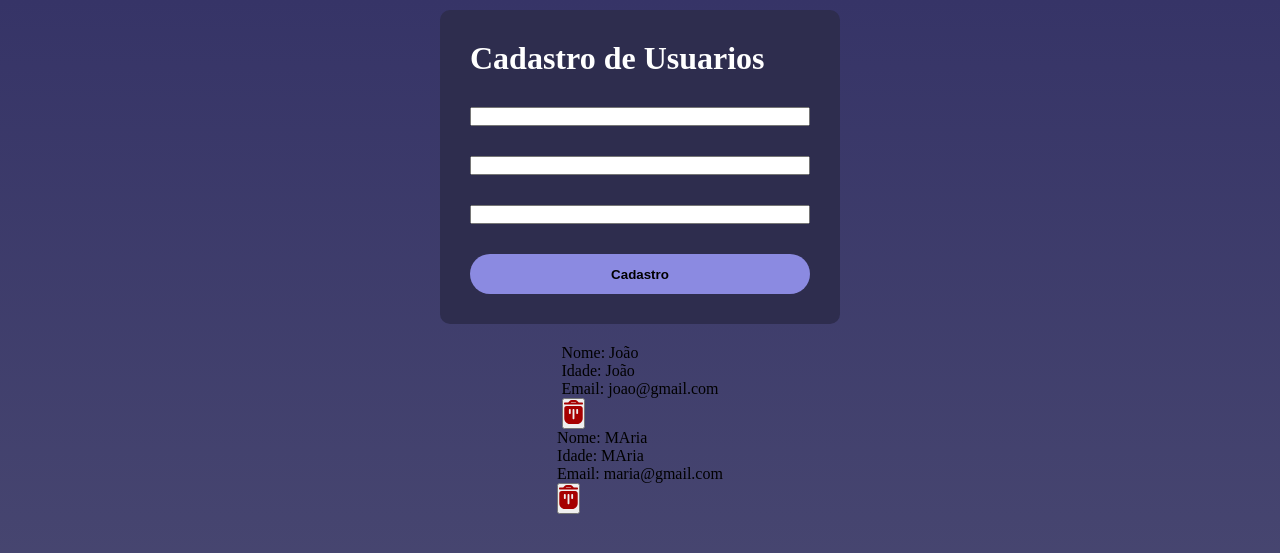
Repository: Rubenslourenco/api-react-node
Page: / (app in devclub-cadastro/)
An editor plug-in stored every save of this project. The page is shown before and after the next save, followed by the edit.
The browser window is 1280 px wide. The pictures show the whole page.
The project was rebuilt for these pictures with package versions that can differ from the ones it lists, and the page was loaded fresh each time. Also part of the build but not shown: devclub-cadastro/vite.config.js.

Above is the page before, as saved 2025-01-27 10:29:21.

### devclub-cadastro/index.html
<!DOCTYPE html>
<html lang="en">
  <head>
    <meta charset="UTF-8" />
    <link rel="icon" type="image/svg+xml" href="/vite.svg" />
    <meta name="viewport" content="width=device-width, initial-scale=1.0" />
    <link rel="preconnect" href="https://fonts.googleapis.com" />
    <link rel="preconnect" href="https://fonts.gstatic.com" crossorigin />
    <link
      href="https://fonts.googleapis.com/css2?family=Poppins:ital,wght@0,100;0,200;0,300;0,400;0,500;0,600;0,700;0,800;0,900;1,100;1,200;1,300;1,400;1,500;1,600;1,700;1,800;1,900&display=swap"
      rel="stylesheet"
    />
    <title>DevClib - cadastro de Usuarios</title>
  </head>
  <body>
    <div id="root"></div>
    <script type="module" src="/src/main.jsx"></script>
  </body>
</html>

### devclub-cadastro/src/main.jsx
import { StrictMode } from "react";
import { createRoot } from "react-dom/client";
import "./index.css";
import Home from "./pages/Home";

createRoot(document.getElementById("root")).render(
  <StrictMode>
    <Home />
  </StrictMode>
);

### devclub-cadastro/src/index.css
* {
  margin: 0;
  padding: 0;
  box-sizing: border-box;
}

body {
  min-height: 100vh;
  width: 100vw;
  background: linear-gradient(180deg, #363467 0%, rgba(30, 29, 79, 0.8) 100%);
}

### devclub-cadastro/src/pages/Home/index.jsx
import "./style.css";
import Trash from "../../assets/trash.svg";

function Home() {
  const users = [
    {
      id: "32545sdfafas",
      name: "João",
      age: 33,
      email: "joao@gmail.com",
    },
    {
      id: "345455dadaafas",
      name: "MAria",
      age: 23,
      email: "maria@gmail.com",
    },
  ];

  return (
    <div className="container">
      <form>
        <h1>Cadastro de Usuarios</h1>
        <input name="nome" type="text" />
        <input name="idade" type="number" />
        <input name="email" type="email" />
        <button type="button">Cadastro</button>
      </form>
      {users.map((user) => (
        <div key={user.id}>
          <div>
            <p>Nome: {user.name} </p>
            <p>Idade: {user.name}</p>
            <p>Email: {user.email}</p>
          </div>

          <button>
            <img src={Trash} alt="" />
          </button>
        </div>
      ))}
    </div>
  );
}

export default Home;

### devclub-cadastro/src/pages/Home/style.css
.container {
  display: flex;
  align-items: center;
  flex-direction: column;
  padding-top: 10px;
}

h1 {
  color: #fff;
  font-size: 32px;
}

form {
  display: flex;
  flex-direction: column;
  gap: 30px;
  padding: 30px;
  border-radius: 10px;
  background-color: #2e2d4e;
  max-width: 50%px;
  width: 400px;
  margin-bottom: 20px;

  & button {
    border-radius: 30px;
    background-color: #8b8ae1;
    height: 40px;
    border: none;
    font-weight: bold;
  }
}

After the next save:
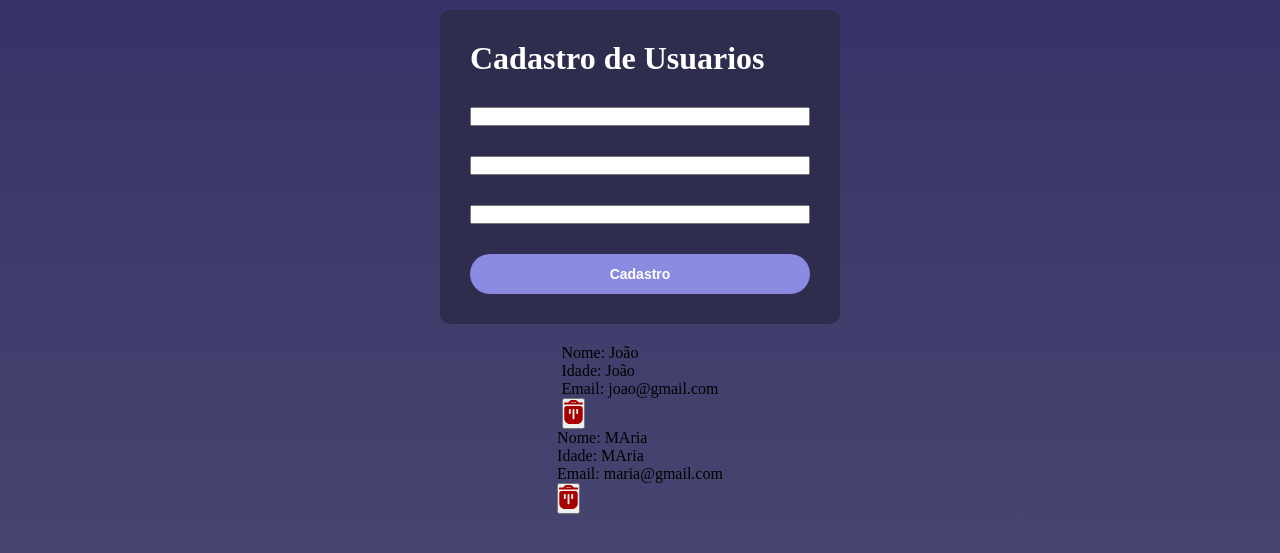
Saved 85 s later.
--- a/devclub-cadastro/src/pages/Home/style.css
+++ b/devclub-cadastro/src/pages/Home/style.css
@@ -27,5 +27,12 @@ form {
     height: 40px;
     border: none;
     font-weight: bold;
+    cursos: pointer;
+    color: #fff;
+    font-size: 14px;
+  }
+
+  & button:hover {
+    opacity: 0.8;
   }
 }
